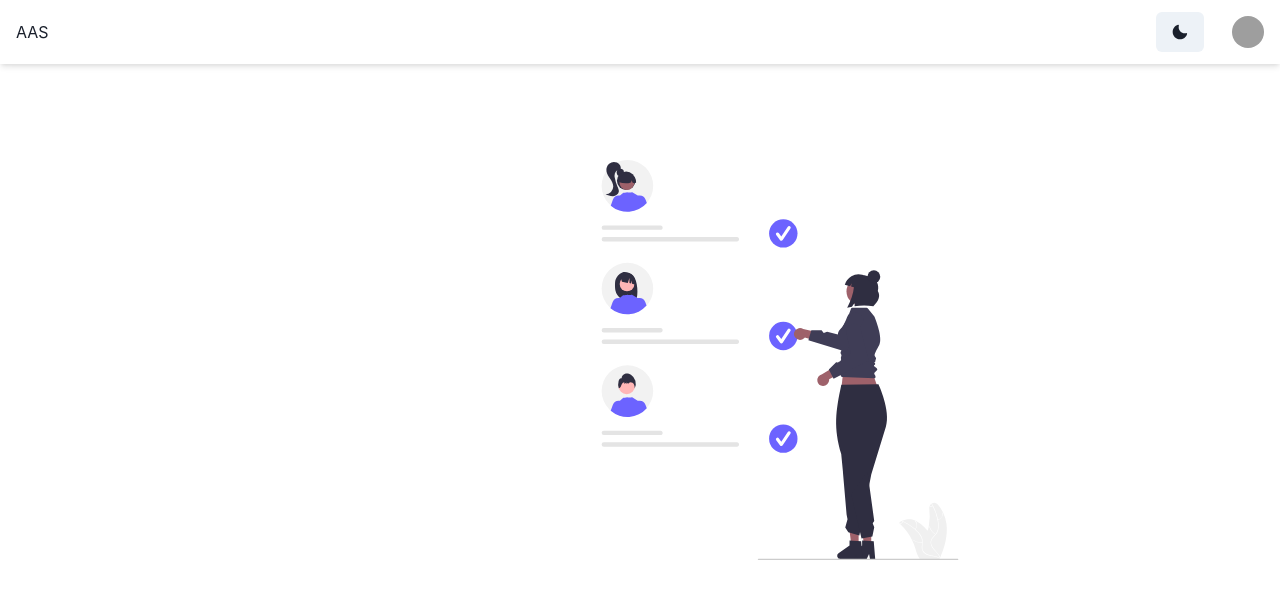
Repository: shash0708/attendence
Page: /
An editor plug-in stored every save of this project. The page is shown before and after the next save, followed by the edit.
The browser window is 1280 px wide. The pictures show the whole page.
Pictures or frames that could not be fetched are drawn as grey boxes. The project was rebuilt for these pictures with package versions that can differ from the ones it lists, and the page was loaded fresh each time. Also part of the build but not shown: src/App.css, src/components/Login/Login.component.jsx, src/components/Signup/Signup.component.jsx, src/routes/Authentication/Authentication.component.jsx.

Above is the page before, as saved 2024-04-06 19:15:01.

### src/index.js
import React from 'react';
import ReactDOM from 'react-dom/client';
import './index.css';
import App from './App';
import reportWebVitals from './reportWebVitals';
import { BrowserRouter } from 'react-router-dom';
import { ChakraProvider } from '@chakra-ui/react'

const root = ReactDOM.createRoot(document.getElementById('root'));
root.render(
  <React.StrictMode>
  <BrowserRouter>
<ChakraProvider>
    <App />
    </ChakraProvider>
    </BrowserRouter>

  </React.StrictMode>
);

// If you want to start measuring performance in your app, pass a function
// to log results (for example: reportWebVitals(console.log))
// or send to an analytics endpoint. Learn more: https://bit.ly/CRA-vitals
reportWebVitals();

### src/App.js
import './App.css';
import Home from './routes/Home/Home.component.jsx'
import { Routes,Route} from 'react-router-dom';
import Authentication from './routes/Authentication/Authentication.component';

function App() {
  return (
    <Routes>
    <Route index element={<Home/>}/>

    <Route path='auth' element={<Authentication/>}/>

    </Routes>
  );
}

export default App;

### src/routes/Home/Home.component.jsx
import React from 'react'
import { Outlet } from 'react-router-dom';
import Nav from '../../components/Navbar/Navbar.component';
import HomeProp from '../../components/homeProp/HomeProp.component';
const Home  = () => {
  return (
    <div>
       <Nav/>
       <HomeProp />
       <Outlet/>
    </div>
  )
}

export  default Home;

### client/src/components/Navbar/Navbar.component.jsx
'use client'

import {
  Box,
  Flex,
  Avatar,
  Text,
  Button,
  Menu,
  MenuButton,
  MenuList,
  MenuItem,
  MenuDivider,
  useDisclosure,
  useColorModeValue,
  Stack,
  useColorMode,
  Center,
} from '@chakra-ui/react'
import { MoonIcon, SunIcon } from '@chakra-ui/icons'
import { Link, Outlet } from 'react-router-dom';

const NavLink = (props) => {
  const { children } = props

  return (
    <Box
      as="a"
      px={2}
      py={1}
      rounded={'md'}
      _hover={{
        textDecoration: 'none',
        bg: useColorModeValue('gray.200', 'gray.700'),
      }}
      href={'#'}>
      {children}
    </Box>
  )
}

export default function Nav() {
  const { colorMode, toggleColorMode } = useColorMode();
  const { isOpen, onOpen, onClose } = useDisclosure();
  return (
    <div>
      <Box

        px={4}
        shadow="md"
        style={{ backdropFilter: 'blur(10px)' }} // Adds blur effect to the background
      >
        <Flex h={16} alignItems={'center'} justifyContent={'space-between'}>
          <Box>
          <Link to="/">AAS</Link>

          </Box>

          <Flex alignItems={'center'}>
            <Stack direction={'row'} spacing={7}>
              <Button onClick={toggleColorMode}>
                {colorMode === 'light' ? <MoonIcon /> : <SunIcon />}
              </Button>

              <Menu>
                <MenuButton
                  as={Button}
                  rounded={'full'}
                  variant={'link'}
                  cursor={'pointer'}
                  minW={0}>
                  <Avatar
                    size={'sm'}
                    src={'https://avatars.dicebear.com/api/male/username.svg'}
                  />
                </MenuButton>
                <MenuList alignItems={'center'} shadow="lg">
                  <br />
                  <Center>
                    <Avatar
                      size={'2xl'}
                      src={'https://avatars.dicebear.com/api/male/username.svg'}
                    />
                  </Center>
                  <br />
                  <Center>
                    <p>Username</p>
                  </Center>
                  <br />
                  <MenuDivider />
                  <MenuItem>Your Servers</MenuItem>
                  <MenuItem>Account Settings</MenuItem>
                  <MenuItem>Logout</MenuItem>
                </MenuList>
              </Menu>
            </Stack>
          </Flex>
        </Flex>
      </Box>
      <Outlet />
    </div>
  );
}

### src/components/homeProp/HomeProp.component.jsx
import React from 'react'
import { ReactComponent as HomeLogo } from '../../assests/home.svg'
import './HomeProp.styles.scss';
const HomeProp= () => {
  return (
    <div>
      <HomeLogo className='home-prop'/>
    </div>
  )
}

export default HomeProp;

### src/components/homeProp/HomeProp.styles.scss
// Use variables to style your logo
.home-prop{
  width: 1000px;
  height: 400px;  // Add other styling properties as needed
  position: fixed;
  top: 50%; // Adjust as needed
  right: -0px; // Adjust as needed
  transform: translateY(-50%);
}

Loaded but not shown: public/index.html (common file); src/index.css (common file); src/reportWebVitals.js (common file)

After the next save:
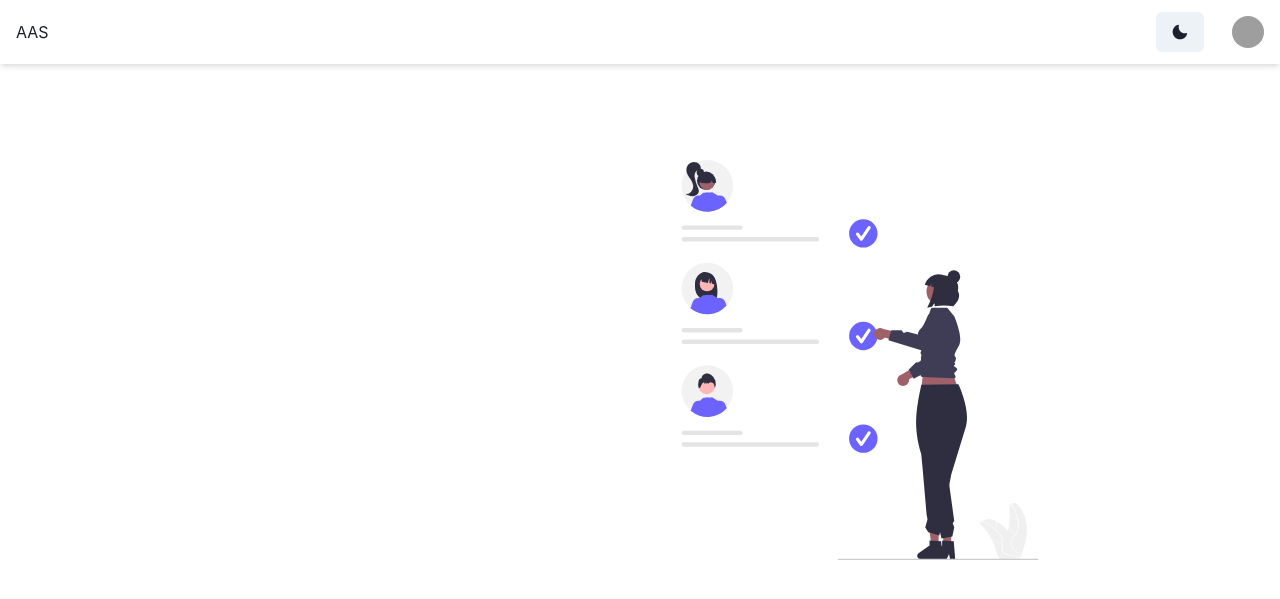
Saved 5 s later.
--- a/src/components/homeProp/HomeProp.styles.scss
+++ b/src/components/homeProp/HomeProp.styles.scss
@@ -4,6 +4,6 @@
   height: 400px;  // Add other styling properties as needed
   position: fixed;
   top: 50%; // Adjust as needed
-  right: -0px; // Adjust as needed
+  right: -80px; // Adjust as needed
   transform: translateY(-50%);
 }
